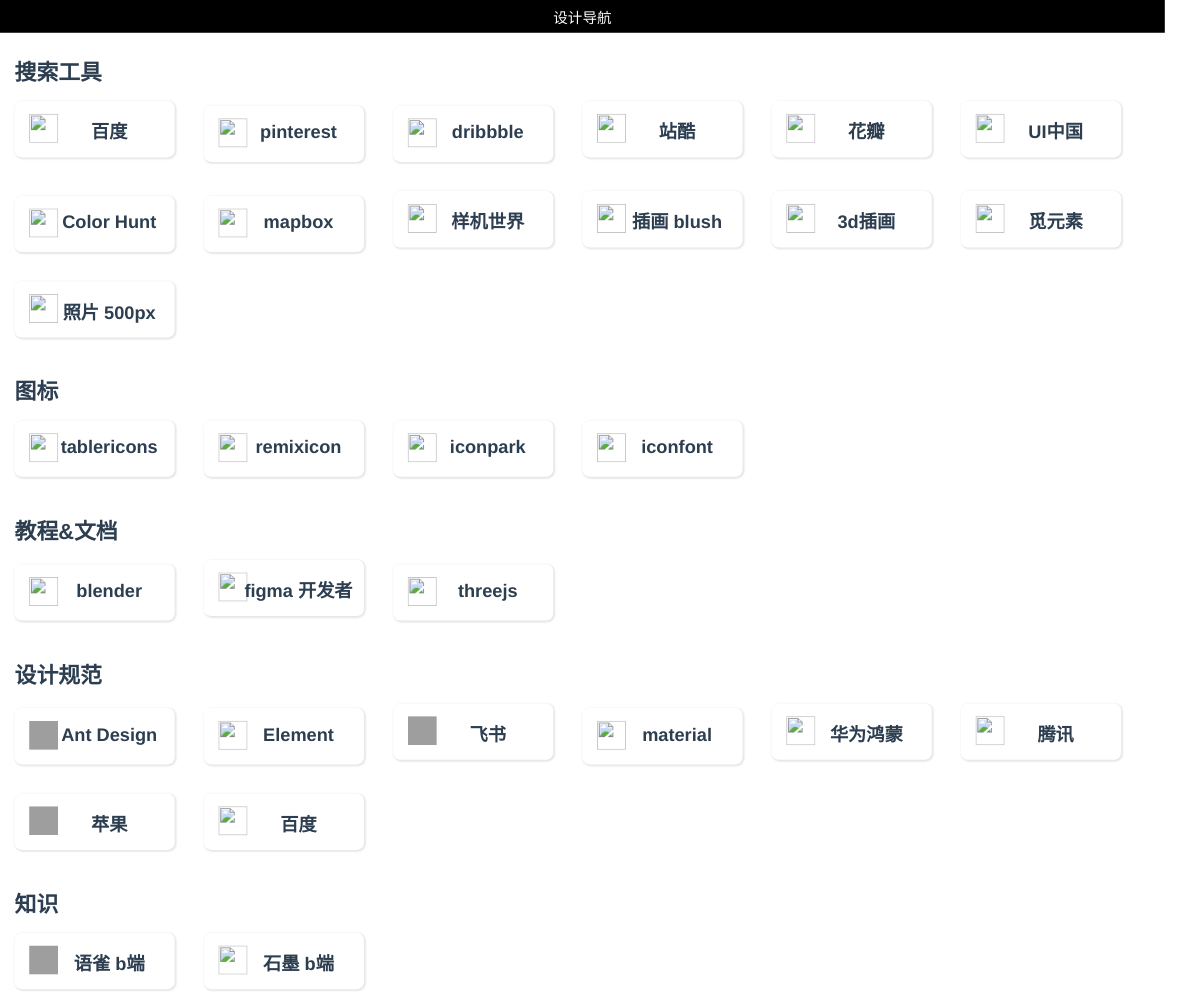
Repository: LiuZixu-aurelio/collection
Page: /
The author's editor kept a copy of each file at every save. The page is drawn from the files as they stood at one save, then again after the next save.
The browser window is 1280 px wide. The page is 1296 px wide, so the pictures cover 1296 px, including what lies to the right of the window. The pictures show the whole page, at 91% of full size.
Pictures or frames that could not be fetched are drawn as grey boxes. The project was rebuilt for these pictures with package versions that can differ from the ones it lists, and the page was loaded fresh each time.

Above is the page before, as saved 2022-06-22 16:57:43.

### src/App.vue
<template>
  <div>
    <div class="title">设计导航</div>
    <HelloWorld />
  </div>
</template>

<script>
import HelloWorld from './components/HelloWorld.vue'

export default {
  name: 'App',
  components: {
    HelloWorld
  }
}
</script>

<style>
#app {
  font-family: Avenir, Helvetica, Arial, sans-serif;
  -webkit-font-smoothing: antialiased;
  -moz-osx-font-smoothing: grayscale;
  color: #2c3e50;
}

.title {
  background-color: #000;
  color: #fff;
  justify-content: center;
  align-items: center;
  display: flex;
  height: 36px;
}
body {
  margin: 0px;
}
</style>

### src/components/HelloWorld.vue
<template>
  <div>
    <div>
      <h2>搜索工具</h2>
      <Card class='card' msg="百度" web="https://www.baidu.com" logo="https://www.baidu.com/favicon.ico"/>
      <Card class='card' msg="pinterest" web="https://dribbble.com/" logo="https://s.pinimg.com/images/favicon_red_192.png"/>
      <Card class='card' msg="dribbble" web="https://it.pinterest.com/" logo="https://cdn.dribbble.com/assets/favicon-b38525134603b9513174ec887944bde1a869eb6cd414f4d640ee48ab2a15a26b.ico"/>
      <Card class='card' msg="站酷" web="https://www.zcool.com.cn/" logo="https://static.zcool.cn/git_z/z/site/favicon.ico?version=1618914637608"/>
      <Card class='card' msg="花瓣" web="https://huaban.com/" logo="https://huaban.com/favicon.ico"/>
      <Card class='card' msg="UI中国" web="https://www.ui.cn/" logo="https://www.ui.cn/favicon.ico"/>
      <Card class='card' msg="Color Hunt" web="https://colorhunt.co/" logo="https://colorhunt.co/img/colorhunt-favicon.svg?2"/>
      <Card class='card' msg="mapbox" web="https://api.mapbox.com/styles/v1/mapbox/light-v10.html?title=true&access_token=pk.eyJ1IjoibWFwYm94IiwiYSI6ImNpejY4M29iazA2Z2gycXA4N2pmbDZmangifQ.-g_vE53SD2WrJ6tFX7QHmA#13.52/47.50887/19.08254" logo="https://static-assets.mapbox.com/branding/favicon/v1/favicon.ico?v=gAd4JjrGWl"/>
      <Card class='card' msg="样机世界" web="https://www.mockupworld.co/all-mockups/" logo="https://static-assets.mapbox.com/branding/favicon/v1/favicon.ico?v=gAd4JjrGWl"/>
      <Card class='card' msg="插画 blush" web="https://blush.design/zh-CN?ref=producthunt" logo="https://static-assets.mapbox.com/branding/favicon/v1/favicon.ico?v=gAd4JjrGWl"/>
      <Card class='card' msg="3d插画" web="https://3ddd.casa/" logo="https://static-assets.mapbox.com/branding/favicon/v1/favicon.ico?v=gAd4JjrGWl"/>
      <Card class='card' msg="觅元素" web="http://www.51yuansu.com/" logo="https://static-assets.mapbox.com/branding/favicon/v1/favicon.ico?v=gAd4JjrGWl"/>
      <Card class='card' msg="照片 500px" web="https://500px.com/popular" logo="https://static-assets.mapbox.com/branding/favicon/v1/favicon.ico?v=gAd4JjrGWl"/>

      <h2>图标</h2>
      <Card class='card' msg="tablericons " web="https://tablericons.com/" logo="https://static-assets.mapbox.com/branding/favicon/v1/favicon.ico?v=gAd4JjrGWl"/>
      <Card class='card' msg="remixicon " web="https://remixicon.com/" logo="https://static-assets.mapbox.com/branding/favicon/v1/favicon.ico?v=gAd4JjrGWl"/>
      <Card class='card' msg="iconpark " web="https://iconpark.oceanengine.com/official" logo="https://static-assets.mapbox.com/branding/favicon/v1/favicon.ico?v=gAd4JjrGWl"/>
      <Card class='card' msg="iconfont " web="https://www.iconfont.cn/" logo="https://img.alicdn.com/favicon.ico"/>


      <h2>教程&文档</h2>
      <Card class='card' msg="blender" web="https://docs.blender.org/manual/zh-hans/3.2/" logo="https://img.alicdn.com/favicon.ico"/>
      <Card class='card' msg="figma 开发者" web="https://www.figma.com/plugin-docs/intro/" logo="https://img.alicdn.com/favicon.ico"/>
      <Card class='card' msg="threejs" web="https://threejs.org/docs/index.html#manual/zh/introduction/Creating-a-scene" logo="https://img.alicdn.com/favicon.ico"/>



      <h2>设计规范</h2>
      <Card class='card' msg="Ant Design" web="https://ant.design/" logo="https://gw.alipayobjects.com/zos/rmsportal/rlpTLlbMzTNYuZGGCVYM.png"/>
      <Card class='card' msg="Element" web="https://element-plus.gitee.io/zh-CN/#/zh-CN" logo="https://element-plus.gitee.io/apple-touch-icon.png"/>
      <Card class='card' msg="飞书" web="https://open.feishu.cn/document/uYjL24iN/ukjNzUjL5YzM14SO2MTN" logo="https://s3-imfile.feishucdn.com/static-resource/v1/1941d42c-fccc-44bb-bfcc-854d71b7ed3g"/>
      <Card class='card' msg="material" web="https://www.material.io/" logo="https://static.tdesign.tencent.com/favicon.ico"/>
      <Card class='card' msg="华为鸿蒙" web="https://developer.harmonyos.com/cn/design" logo="https://developer.harmonyos.com/assets/image/favicon.ico?v=202206062122"/>
      <Card class='card' msg="腾讯" web="https://tdesign.tencent.com/" logo="https://static.tdesign.tencent.com/favicon.ico"/>
      <Card class='card' msg="苹果" web="https://developer.apple.com/cn/design/" logo="https://developer.apple.com/apple-logo.svg"/>
      <Card class='card' msg="百度" web="https://www.baidu.com" logo="https://www.baidu.com/favicon.ico"/>

      <h2>知识</h2>
      <Card class='card' msg="语雀 b端" web="https://www.yuque.com/sardine/lvdo4s" logo="https://gw.alipayobjects.com/mdn/prod_resou/afts/img/A*CUIoT4xopNYAAAAAAAAAAABkARQnAQ"/>
      <Card class='card' msg="石墨 b端" web="https://shimo.im/docs/kcndgcoA0skbv6Jh/read" logo="https://as.smvm.cn/from_qbox/favicon.ico"/>

    </div>
  </div>
</template>

<script>

import Card from './Card.vue'
export default {
  components: { Card },
  name: 'HelloWorld',
  props: {
    msg: String
  }
}
</script>

<!-- Add "scoped" attribute to limit CSS to this component only -->
<style scoped>
.card {
  display:inline-block;
  margin: 16px;
}
h2 {
  left: 16px;
  position: relative;
  margin: 24px 0px 0px 0px;
}

</style>

### src/components/Card.vue
<template>
  <div @click="openweb" class="cardin">
    <img :src="logo" alt="">
    <div class="text1"><span>{{msg}}</span></div>
  </div>
</template>

<script>

export default {
  name: 'Card',
  data: function(){
    return {

      }
  },
  props: {
    msg: String,
    web: String,
    logo: String
  },
  methods:{
    openweb:function(){
      window.open(this.web)
    }
  }
}
</script>

<!-- Add "scoped" attribute to limit CSS to this component only -->
<style scoped>
.cardin {
  width: 160px;
  height: 46px;
  padding: 8px;
  border-radius: 8px;
  box-shadow: 1px 1px 2px 1px rgba(0, 0, 0, .1)
}
img {
  width: 32px;
  height: 32px;
  position: relative;
  top: 6px;
  margin-left: 8px;
}
span {
  position: relative;
  top: -26px;
  margin-left: 16px;
  font-size: 20px;
  font-weight: 800;
}
.text1 {
  justify-content: center;
  display:flex;
  position: relative;
  right: -8px;
}
</style>

Loaded but not shown: public/index.html (common file); src/main.js (common file)

After the next save:
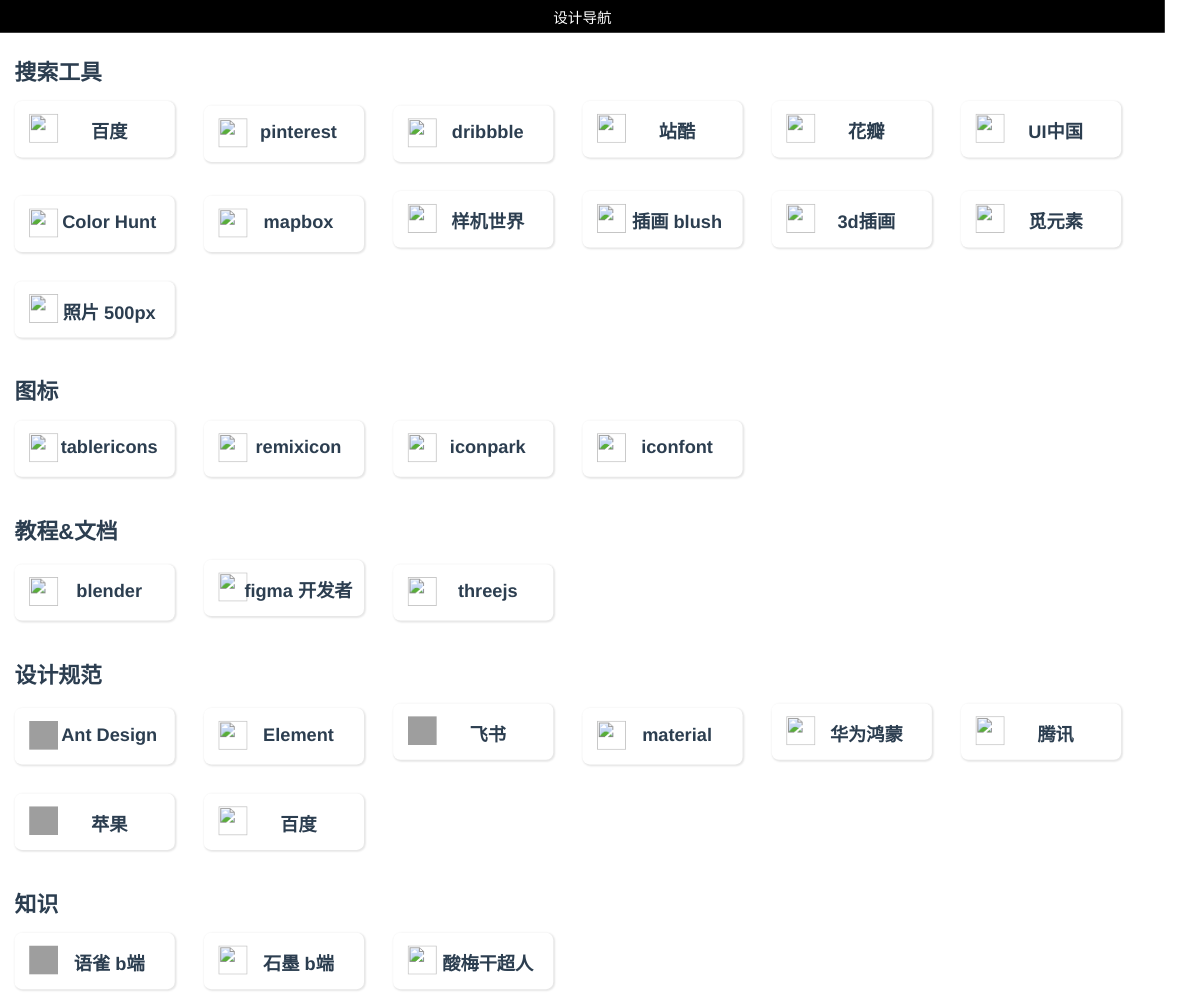
Saved 15 h 32 min later.
--- a/src/components/HelloWorld.vue
+++ b/src/components/HelloWorld.vue
@@ -29,7 +29,6 @@
       <Card class='card' msg="threejs" web="https://threejs.org/docs/index.html#manual/zh/introduction/Creating-a-scene" logo="https://img.alicdn.com/favicon.ico"/>
 
 
-
       <h2>设计规范</h2>
       <Card class='card' msg="Ant Design" web="https://ant.design/" logo="https://gw.alipayobjects.com/zos/rmsportal/rlpTLlbMzTNYuZGGCVYM.png"/>
       <Card class='card' msg="Element" web="https://element-plus.gitee.io/zh-CN/#/zh-CN" logo="https://element-plus.gitee.io/apple-touch-icon.png"/>
@@ -43,6 +42,7 @@
       <h2>知识</h2>
       <Card class='card' msg="语雀 b端" web="https://www.yuque.com/sardine/lvdo4s" logo="https://gw.alipayobjects.com/mdn/prod_resou/afts/img/A*CUIoT4xopNYAAAAAAAAAAABkARQnAQ"/>
       <Card class='card' msg="石墨 b端" web="https://shimo.im/docs/kcndgcoA0skbv6Jh/read" logo="https://as.smvm.cn/from_qbox/favicon.ico"/>
+      <Card class='card' msg="酸梅干超人" web="http://www.supermancall.com/" logo="https://as.smvm.cn/from_qbox/favicon.ico"/>
 
     </div>
   </div>
